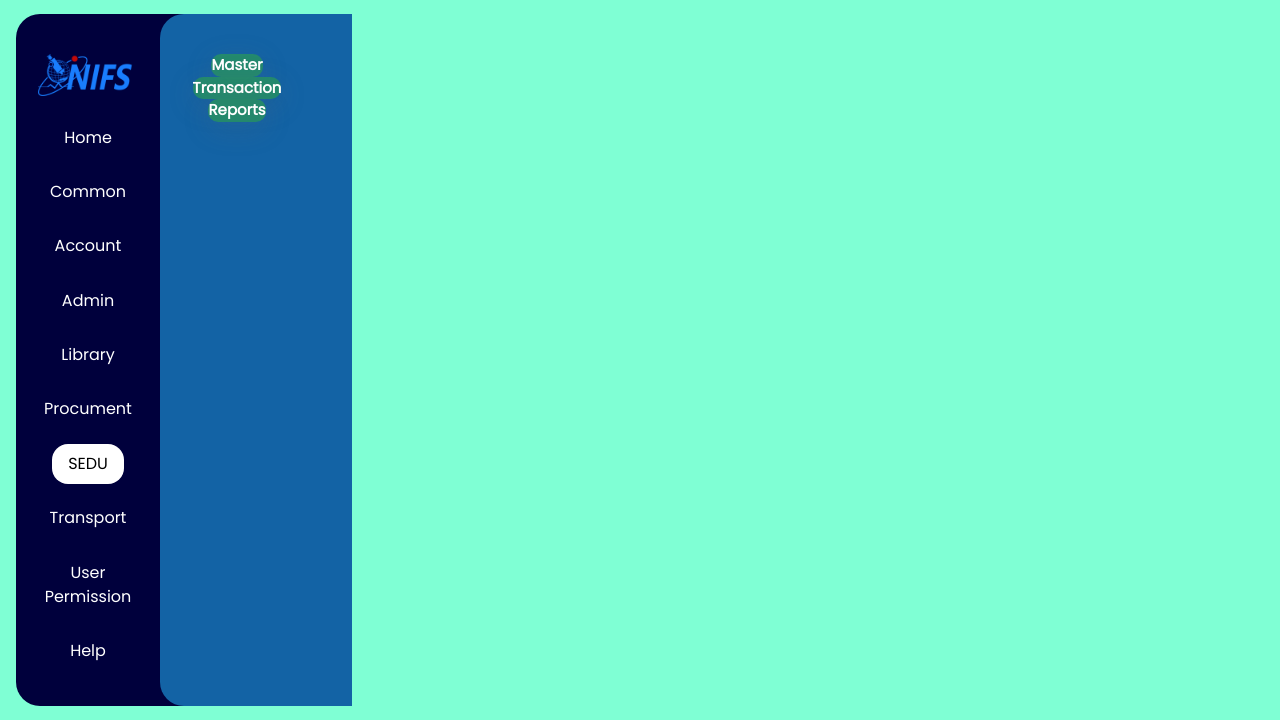
Repository: virangaj/NIFS-WebApp
Page: /sedu (app in client/)
The author's editor kept a copy of each file at every save. The page is drawn from the files as they stood at one save, then again after the next save.
The browser window is 1280 px wide. The pictures show the whole page.
The project was rebuilt for these pictures with package versions that can differ from the ones it lists, and the page was loaded fresh each time. Also part of the build but not shown: client/src/pages/Login.tsx, client/src/pages/Home.tsx, client/src/components/Transport/shared/TransportNavbar.js, client/src/pages/TransportMainPage.tsx, client/src/pages/CommonMainPage.tsx, client/src/pages/AccountMainPage.tsx, client/src/pages/AdminMainPage.tsx, client/src/pages/LibraryMainPage.js and 15 more.

Above is the page before, as saved 2022-07-30 23:16:14.

### client/public/index.html
<!DOCTYPE html>
<html lang="en">
	<head>
		<meta charset="utf-8" />
		<link rel="icon" href="nifs_logo.png" />
		<meta name="viewport" content="width=device-width, initial-scale=1" />
		<meta name="theme-color" content="#000000" />
		<meta
			name="description"
			content="Web site created using create-react-app"
		/>
		<link rel="apple-touch-icon" href="%PUBLIC_URL%/logo192.png" />
		<!--
      manifest.json provides metadata used when your web app is installed on a
      user's mobile device or desktop. See https://developers.google.com/web/fundamentals/web-app-manifest/
    -->
		<link rel="manifest" href="%PUBLIC_URL%/manifest.json" />
		<!--
      Notice the use of %PUBLIC_URL% in the tags above.
      It will be replaced with the URL of the `public` folder during the build.
      Only files inside the `public` folder can be referenced from the HTML.

      Unlike "/favicon.ico" or "favicon.ico", "%PUBLIC_URL%/favicon.ico" will
      work correctly both with client-side routing and a non-root public URL.
      Learn how to configure a non-root public URL by running `npm run build`.
    -->
		<link
			href="https://fonts.googleapis.com/css?family=Poppins"
			rel="stylesheet"
		/>
		<title>NIFS Dashboard</title>
	</head>
	<body>
		<noscript>You need to enable JavaScript to run this app.</noscript>
		<div id="root"></div>
		<!--
      This HTML file is a template.
      If you open it directly in the browser, you will see an empty page.

      You can add webfonts, meta tags, or analytics to this file.
      The build step will place the bundled scripts into the <body> tag.

      To begin the development, run `npm start` or `yarn start`.
      To create a production bundle, use `npm run build` or `yarn build`.
    -->
	</body>
</html>

### client/src/index.css
@tailwind base;
@tailwind components;
@tailwind utilities;

* {
  margin: 0;
}

body {
  font-family: 'Poppins';
  -webkit-font-smoothing: antialiased;
  -moz-osx-font-smoothing: grayscale;
  background-color: aliceblue;

}

::-webkit-scrollbar {
  display: none;
}


:root {
  --main-navbar-back: #00003c;
  --nav-title-section-back: rgba(47, 163, 72, 0.589);
  --white: #fff;
  --black: #000;
  --gray: rgba(68, 68, 68, 0.432);
  --border-radius: 10px;
  --pimary: rgb(10, 94, 133);
  --warning: #ed3d63;
  --secondary-nav-color: rgb(19, 99, 165);
}


.nav-logo {
  width: 100px;
  height: auto;
  margin-bottom: 2vh;
}

a {
  text-decoration: none;
}

.border-l-rounded {}

/* main navbar */
.main-nav-bg {
  background-color: var(--main-navbar-back) !important;
}

.main-navbar {
  background-color: var(--main-navbar-back) !important;
  width: 100% !important;
  height: 80px !important;

}

/* secondary navbar */

.sec-nav-bg {
  background-color: var(--secondary-nav-color);
}

.secondary-navbar {
  margin: auto;
}

.nav-flex-section {
  display: -webkit-flex;
  display: -ms-flexbox;
  display: flex;
  -webkit-flex-wrap: wrap;
  -ms-flex-wrap: wrap;
  flex-wrap: wrap;
  justify-content: center;
}

.nav-flex-inside {
  margin-left: 5px;
  margin-left: 5px;
}

.nav-title {
  font-size: 15px;
  text-align: center;
  color: var(--white);
  font-weight: 600;

}

.nav-title-section {
  border-radius: var(--border-radius);
  background-color: var(--nav-title-section-back);
  box-shadow: rgba(100, 100, 111, 0.2) 0px 7px 29px 0px;
  pointer-events: none;
  margin-left: 10px;
  margin-left: 10px;
}

.nav-icon {
  width: 40px;
}

.nav-link {
  display: flex;
  display: -webkit-flex;
  display: -ms-flexbox;
  flex-direction: column;
  align-items: center;
  font-size: 14px;
  margin-left: 5px;
  margin-right: 5px;
  border: none;
  box-shadow: rgba(100, 100, 111, 0.2) 0px 7px 29px 0px;
  padding: 4px 8px 6px 8px;
  margin-bottom: 10px;
  text-align: center;
  width: 125px;
  border-radius: var(--border-radius);
  background-color: var(--white);
  outline: none;
  min-height: 120px;
}

.nav-link:hover {
  color: var(--pimary);
  cursor: pointer;
  box-shadow: rgba(81, 146, 177, 0.2) 0px 7px 29px 0px;
  background-color: rgb(254, 255, 205);
  border-bottom: 2px solid var(--warning);
}


.nav-link:active {
  color: var(--pimary);
  cursor: pointer;
  box-shadow: rgba(81, 146, 177, 0.2) 0px 7px 29px 0px;
  background-color: rgb(205, 248, 255);
  border-bottom: 2px solid var(--warning);
}

.nav-link-active {
  color: var(--pimary);
  cursor: pointer;
  box-shadow: rgba(81, 146, 177, 0.2) 0px 7px 29px 0px;
  background-color: rgb(205, 248, 255);
  border-bottom: 2px solid var(--warning);
}

/* body content*/
.body-content {
  margin: auto;
  width: 90%;
  margin-top: 12vh;

}

/* main page content */
.main-content {
  width: 90%;
  margin: auto;
  margin-top: 20px;
}

/* sub page content */

.sub-body-content {
  border: 2px solid var(--gray);
  border-radius: var(--border-radius);
  padding: 10px;
}

.sub-body-title {
  font-size: 24px;
}



/* error page */
.error-page {
  border: 2px solid var(--gray);
  border-radius: var(--border-radius);
  height: 50vh;
  width: 50vw;
  margin: auto;
  margin-top: 50px;
}

.error-page-content {
  display: flex;
  flex-direction: column;
  align-items: center;
  text-align: center !important;
  margin-top: 50px;
}

.error-page-content h1 {
  font-size: 100px;
  color: var(--warning);
  font-weight: 700;
  pointer-events: none;

}

.error-page-content p {
  font-size: 20px;
  margin-bottom: 20px;
  pointer-events: none;
}


@media screen and (max-width: 1366px) {
  body {
    background-color: aquamarine;
  }

  .nav-link {
    font-size: 12px;
    padding: 4px 4px 6px 4px;
    width: 100px;
    min-height: 100px;
  }

  .nav-icon {
    width: 35px;
  }
}

### client/src/App.tsx
import React, { useEffect } from 'react';
import Navbar from './components/shared/Navbar';
import Login from './pages/Login'
import { BrowserRouter as Router, Route, Routes } from 'react-router-dom'
import Home from './pages/Home';
import TransportMainPage from './pages/TransportMainPage';
import CommonMainPage from './pages/CommonMainPage';
import AccountMainPage from './pages/AccountMainPage';
import AdminMainPage from './pages/AdminMainPage';
import LibraryMainPage from './pages/LibraryMainPage';
import ProcumentMainPage from './pages/ProcumentMainPage';
import SeduMainPage from './pages/SeduMainPage';
import UserPermissionMainPage from './pages/UserPermissionMainPage';
import NotificationMainPage from './pages/NotificationMainPage';
import HelpMainPage from './pages/HelpMainPage';
import ErrorPage from './pages/ErrorPage';
import VerticalMainNavbar from './components/shared/VerticalMainNavbar';


function App() {


  return (
    <div className='w-[98%] flex mx-auto flex-col h-[100vh]'>
      <Router>
        {/* <Navbar /> */}
        <div>
          <VerticalMainNavbar />
        </div>
        <div className='overflow-y-scroll ml-4 scroll-bar'>
          <Routes>
            <Route path="/login" element={<Login />} />
            <Route path="/" element={<Home />} />
            <Route path="/common/*" element={<CommonMainPage />} />
            <Route path="/account/*" element={<AccountMainPage />} />
            <Route path="/admin/*" element={<AdminMainPage />} />
            <Route path="/library/*" element={<LibraryMainPage />} />
            <Route path="/procument/*" element={<ProcumentMainPage />} />
            <Route path="/sedu/*" element={<SeduMainPage />} />
            <Route path="/transport/*" element={<TransportMainPage />} />
            <Route
              path="/user-permission/*"
              element={<UserPermissionMainPage />}
            />
            <Route
              path="/notification/*"
              element={<NotificationMainPage />}
            />
            <Route path="/help/*" element={<HelpMainPage />} />
            <Route path="/error-404" element={<ErrorPage />} />
          </Routes>
        </div>


      </Router>
    </div>
  );
}

export default App;

### client/src/pages/SeduMainPage.tsx
import React from 'react';
import { Route, Routes } from 'react-router-dom';
import AttendanceFeedback from '../components/sedu/AttendanceFeedback';
import EventRequest from '../components/sedu/EventRequest';
import MaterialSearch from '../components/sedu/MaterialSearch';
import ParticipantMaster from '../components/sedu/ParticipantMaster';
import ProjectProposal from '../components/sedu/ProjectProposal';
import QuickResponseCode from '../components/sedu/QuickResponseCode';
import SeduBooking from '../components/sedu/SeduBooking';
import SeduReportGenerator from '../components/sedu/SeduReportGenerator';
import SeduSecondaryNavbar from '../components/sedu/shared/SeduSecondaryNavbar';
import UpdateEventMaterial from '../components/sedu/UpdateEventMaterial';
import VenueMaster from '../components/sedu/VenueMaster';
import SecondaryNavbar from '../components/shared/SecondaryNavbar';
import Pages from '../components/data/SeduNavData.json'
import VerticalSecondaryNavbar from '../components/shared/VerticalSecondaryNavbar';

// sedu main page where all other section of sedu department can be access from here
function SeduMainPage() {
	// console.log(Pages);


	return (

		<div className="body-position" >
			{/* <SeduSecondaryNavbar /> */}
			{/* <SecondaryNavbar pages={Pages} /> */}
			{/* <div className="main-content"> */}
			<div className='secondary-nav-position'>
				<VerticalSecondaryNavbar pages={Pages} />
			</div>
			<div>
				<Routes>
					<Route path="/venue-master" element={<VenueMaster />} />
					<Route path="/participant-master" element={<ParticipantMaster />} />
					<Route path="/booking" element={<SeduBooking />} />
					<Route path="/event-request" element={<EventRequest />} />
					<Route path="/attendance-feedback" element={<AttendanceFeedback />} />
					<Route path="/update-material" element={<UpdateEventMaterial />} />
					<Route path="/quick-response" element={<QuickResponseCode />} />
					<Route path="/project-proposal" element={<ProjectProposal />} />
					<Route path="/material-search" element={<MaterialSearch />} />
					<Route path="/report-generator" element={<SeduReportGenerator />} />

				</Routes>
			</div>
		</div >);
}

export default SeduMainPage;

### client/src/components/shared/VerticalMainNavbar.tsx
import { Button } from '@mui/material'
import React from 'react'
import { Link, useLocation } from 'react-router-dom'
import Pages from '../data/MainNavPages.json'
import { HiMenuAlt2 } from "react-icons/hi";
import Logo from '../../images/nifs_logo.png'


function VerticalMainNavbar() {

    const location: any = useLocation();

    return (
        <>
            <div className='fixed left-0 w-48 top-[2vh] main-nav-bg ml-4 rounded-l-3xl'>
                <div className='h-[96vh] w-36 flex flex-col items-center py-10 px-2'>
                    <Link to='/'>
                        <img src={Logo} alt="logo" className="nav-logo" />
                    </Link>
                    {Pages.map((page, index) => (
                        location.pathname.split('/')[1] === page.link.split('/')[1] ?
                            <Link to={page.link} style={{ textDecoration: 'none' }} key={index}>
                                <button className='bg-white my-[1vh] px-4 py-2 rounded-2xl text-black'>
                                    {page.title}
                                </button>
                            </Link>
                            :
                            <Link to={page.link} style={{ textDecoration: 'none' }} key={index}>
                                <button className='my-[1vh] px-4 py-2 rounded-2xl text-white'>

                                    {page.title}
                                </button>
                            </Link>
                    ))}
                </div>
            </div>
            {/* <div className='fixed left-0 w-24 top-[2vh] visible md:invisible main-nav-bg ml-2 rounded-l-3xl'>
                <div className='h-[96vh] w-20 flex flex-col items-center py-10 px-2'>
                    <p className='text-white text-2xl cursor-pointer'>

                        <HiMenuAlt2 />
                    </p>


                </div>
            </div> */}
        </>
    )
}

export default VerticalMainNavbar

### client/src/components/data/SeduNavData.json
[
    {
        "section": "Master",
        "only_admin": false,
        "routes": [
            {
                "title": "Venue Master",
                "link": "/sedu/venue-master",
                "img": "https://img.icons8.com/fluency/50/000000/home.png",
                "only_admin": false
            },
            {
                "title": "Participant Master",
                "link": "/sedu/participant-master",
                "img": "https://img.icons8.com/fluency/50/000000/conference-foreground-selected.png",
                "only_admin": false
            }
        ]
    },
    {
        "section": "Transaction",
        "only_admin": false,
        "routes": [
            {
                "title": "Booking",
                "link": "/sedu/booking",
                "img": "https://img.icons8.com/fluency/50/000000/calendar-plus.png",
                "only_admin": false
            },
            {
                "title": "Event Request",
                "link": "/sedu/event-request",
                "img": "https://img.icons8.com/fluency/50/000000/invite.png",
                "only_admin": false
            },
            {
                "title": "Attendance Feedback",
                "link": "/sedu/attendance-feedback",
                "img": "https://img.icons8.com/fluency/50/000000/feedback-hub.png",
                "only_admin": false
            },
            {
                "title": " Update Event Material",
                "link": "/sedu/update-material",
                "img": "https://img.icons8.com/fluency/50/000000/available-updates.png",
                "only_admin": false
            },
            {
                "title": "Quick Response Code",
                "link": "/sedu/quick-response",
                "img": "https://img.icons8.com/fluency/50/000000/barcode-scanner.png",
                "only_admin": false
            },
            {
                "title": "Project Proposal",
                "link": "/sedu/project-proposal",
                "img": "https://img.icons8.com/fluency/50/000000/documents.png",
                "only_admin": false
            },
            {
                "title": "Material Search",
                "link": "/sedu/material-search",
                "img": "https://img.icons8.com/fluency/50/000000/search.png",
                "only_admin": false
            }
        ]
    },
    {
        "section": "Reports",
        "only_admin": true,
        "routes": [
            {
                "title": "SEDU Report Generator",
                "link": "/sedu/report-generator",
                "img": "https://img.icons8.com/cute-clipart/50/000000/load-from-file.png",
                "only_admin": true
            }
        ]
    }
]

### client/src/components/shared/VerticalSecondaryNavbar.tsx
import React from 'react'
import Box from '@mui/material/Box';
import { Link, useLocation } from 'react-router-dom';
import Employees from '../data/Employee.json';

function VerticalSecondaryNavbar(props: any) {
    console.log(props.pages)
    const location = useLocation();
    const user = Employees[0];
    // const isAdmin: Boolean = user.deparment.toUpperCase() === location.pathname.split('/')[1].toUpperCase() && user.admin === true;
    const isAdmin: Boolean = true;

    console.log(isAdmin)
    const pages: any = props.pages;
    return (
        <div className='fixed left-0 w-48 top-[2vh] sec-nav-bg ml-40 rounded-l-3xl'>
            <div className='h-[96vh] w-36 flex flex-col items-center py-10 px-2'>

                {pages.map((content: any, index: number) =>
                    <div className='nav-title-section'>
                        <p className='nav-title'>{content.section}</p>
                    </div>
                )}

            </div>

        </div>
    )
}

export default VerticalSecondaryNavbar

### client/src/components/data/MainNavPages.json
[
    {
        "id": 0,
        "title": "Home",
        "link": "/"
    },
    {
        "id": 1,
        "title": "Common",
        "link": "/common"
    },
    {
        "id": 2,
        "title": "Account",
        "link": "/account"
    },
    {
        "id": 3,
        "title": "Admin",
        "link": "/admin"
    },
    {
        "id": 4,
        "title": "Library",
        "link": "/library"
    },
    {
        "id": 5,
        "title": "Procument",
        "link": "/procument"
    },
    {
        "id": 6,
        "title": "SEDU",
        "link": "/sedu"
    },
    {
        "id": 7,
        "title": "Transport",
        "link": "/transport"
    },
    {
        "id": 8,
        "title": "User Permission",
        "link": "/user-permission"
    },
    {
        "id": 10,
        "title": "Help",
        "link": "/help"
    }
]

### client/src/components/data/Employee.json
[
    {
        "id": 0,
        "value": "Mr. Kamal",
        "admin": true,
        "deparment": "Transpoort"
    },
    {
        "id": 1,
        "value": "Mr. Sunil",
        "admin": true,
        "deparment": "SEDU"
    },
    {
        "id": 2,
        "value": "Mr. Kusal",
        "admin": false,
        "deparment": "Transpoort"
    },
    {
        "id": 3,
        "value": "Mrs. Nayana",
        "admin": false,
        "deparment": "SEDU"
    },
    {
        "id": 4,
        "value": "Miss Rashmi",
        "admin": false,
        "deparment": "Transpoort"
    }
]

Loaded but not shown: client/src/index.tsx (common file); client/src/reportWebVitals.ts (common file); client/tailwind.config.js (common file)

After the next save:
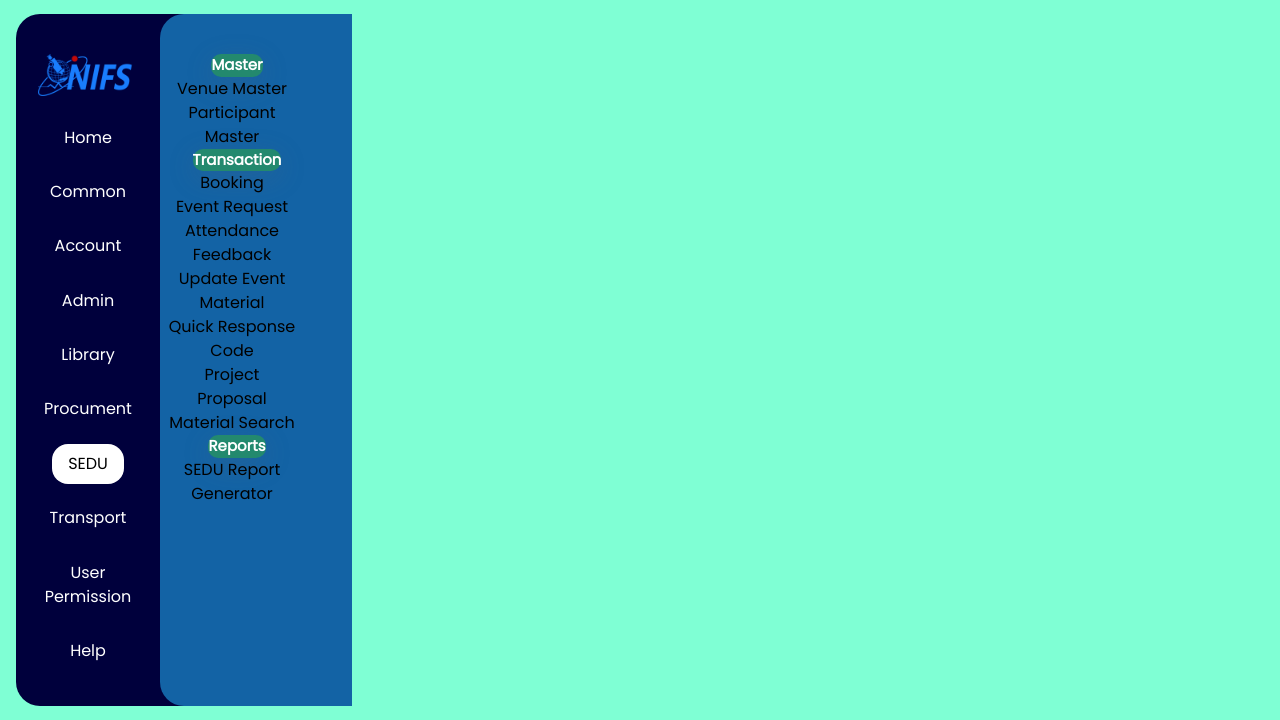
Saved 81 s later.
--- a/client/src/components/shared/VerticalSecondaryNavbar.tsx
+++ b/client/src/components/shared/VerticalSecondaryNavbar.tsx
@@ -17,9 +17,19 @@ function VerticalSecondaryNavbar(props: any) {
             <div className='h-[96vh] w-36 flex flex-col items-center py-10 px-2'>
 
                 {pages.map((content: any, index: number) =>
-                    <div className='nav-title-section'>
-                        <p className='nav-title'>{content.section}</p>
-                    </div>
+                    <>
+                        <div className='nav-title-section'>
+                            <p className='nav-title'>{content.section}</p>
+                        </div>
+                        {content.routes.map((page: any, i: number) => (
+                            isAdmin ? <Link to={page.link} key={i}>
+                                <button>{page.title}</button>
+                            </Link> : (!page.only_admin ? <Link to={page.link} key={i}>
+                                <button>{page.title}</button>
+                            </Link> : "")
+                        ))}
+                    </>
+
                 )}
 
             </div>
